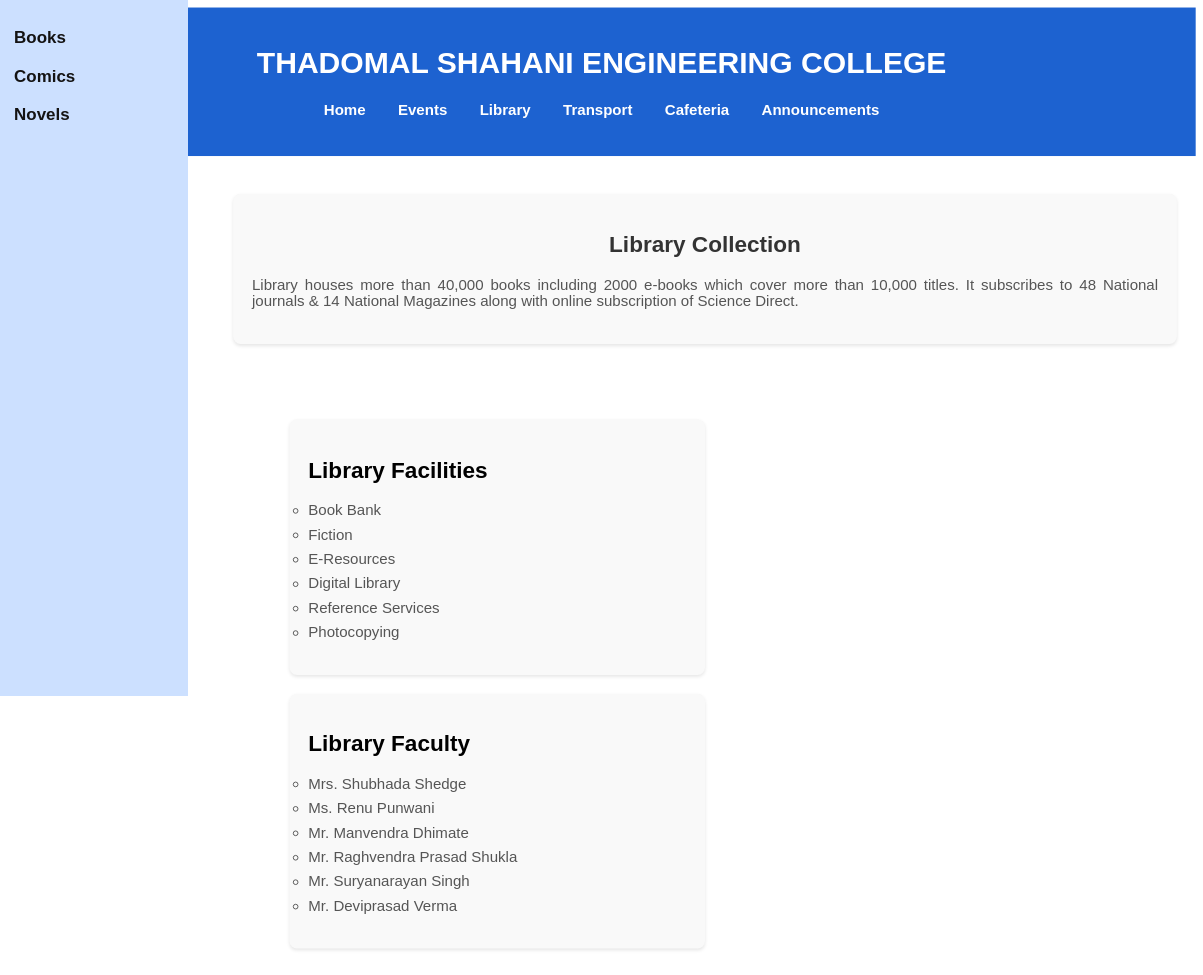
Repository: TejasS1233/MINITHON-hackathon-project
Page: Rishit.html
These files come from the project's save history. The page is drawn as it stood at one moment and after the next save; the edit follows.
The browser window is 1280 px wide. The pictures show the whole page, at 94% of full size.

Above is the page before, as saved 2024-09-20 14:28:25.

### Rishit.html
<!DOCTYPE html>
<html lang="en">
<head>
    <meta charset="UTF-8">
    <meta name="viewport" content="width=device-width, initial-scale=1.0">
    <title>E-Library</title>
    <style>
        h1
        {
            text-align: center;
        }
        header {
            background-color: #1d62d0;
            color: white;
            padding: 20px;
            text-align: center;
        }

        nav {
            margin: 20px 0;
        }

        nav a {
            margin: 0 15px;
            color: #ffffff;
            font-weight: bold;
            text-decoration: none;
        }
        .sidebar {
            height: 100%;
            width: 200px;
            position: fixed;
            top: 0;
            left: 0;
            background-color: #cce0ff;
            padding-top: 20px;
        }

        .sidebar a {
            padding: 10px 15px;
            text-decoration: none;
            font-size: 18px;
            color: #141313;
            display: block;
            font-weight: bold;
        }

        .sidebar a:hover {
            background-color: #306899;
        }

        .content {
            margin-left: 220px;
            padding: 20px;
        }

        h1.centered {
            text-align: center;
        }

        .info-container {
            background-color: #f9f9f9;
            padding: 20px;
            border-radius: 8px;
            box-shadow: 0 2px 4px rgba(0, 0, 0, 0.1);
            margin-top: 20px;
            margin-bottom: 60px;
        }

        .info-container h2 {
            text-align: center;
            color: #333;
        }

        .info-container p {
            text-align: justify;
            color: #555;
        }

        .facilities-container {
            background-color: #f9f9f9;
            padding: 20px;
            border-radius: 8px;
            box-shadow: 0 2px 4px rgba(0, 0, 0, 0.1);
            margin-top: 20px;
            width: 40%;
            display: inline-block;
            margin-left: 60px;
        }

        .facilities-container ul {
            list-style-type: none;
            padding: 0;
            color: #555;
        }

        .facilities-container li {
            margin: 8px 0;
            text-align: left;
        }
        :root
        {
            font-family: Arial, Helvetica, sans-serif;
        }
    </style>
</head>
<body>
    <header>
        <h1>THADOMAL SHAHANI ENGINEERING COLLEGE</h1>
        <nav>
            <a href="Home.html">Home</a>
            <a href="Event.html">Events</a>
            <a href="Rishit.html">Library</a>
            <a href="bustracking.html">Transport</a>
            <a href="cafe.html">Cafeteria</a>
            <a href="annoucementpage.html">Announcements</a>
        </nav>
    </header>

    <!-- Sidebar -->
    <div class="sidebar">
        <a href="book.html">Books</a>
        <a href="comics.html">Comics</a>
        <a href="novels.html">Novels</a>
    </div>

    <!-- Main content -->
    <div class="content">

        <!-- Info Container -->
        <div class="info-container">
            <h2>Library Collection</h2>
            <p>Library houses more than 40,000 books including 2000 e-books which cover more than 10,000 titles. It subscribes to 48 National journals & 14 National Magazines along with online subscription of Science Direct.</p>
        </div>

        <!-- Facilities Container -->
        <div class="facilities-container">
            <h2>Library Facilities</h2>
            <ul style="list-style: circle;">
                <li>Book Bank</li>
                <li>Fiction</li>
                <li>E-Resources</li>
                <li>Digital Library</li>
                <li>Reference Services</li>
                <li>Photocopying</li>
            </ul>
        </div>
        <div class="facilities-container">
            <h2>Library Faculty</h2>
            <ul style="list-style: circle;">
                <li>Mrs. Shubhada Shedge </li>
                <li>Ms. Renu Punwani </li>
                <li>Mr. Manvendra Dhimate </li>
                <li>Mr. Raghvendra Prasad Shukla </li>
                <li>Mr. Suryanarayan Singh </li>
                <li>Mr. Deviprasad Verma </li>
            </ul>
        </div>
    </div>
</body>
</html>

After the next save:
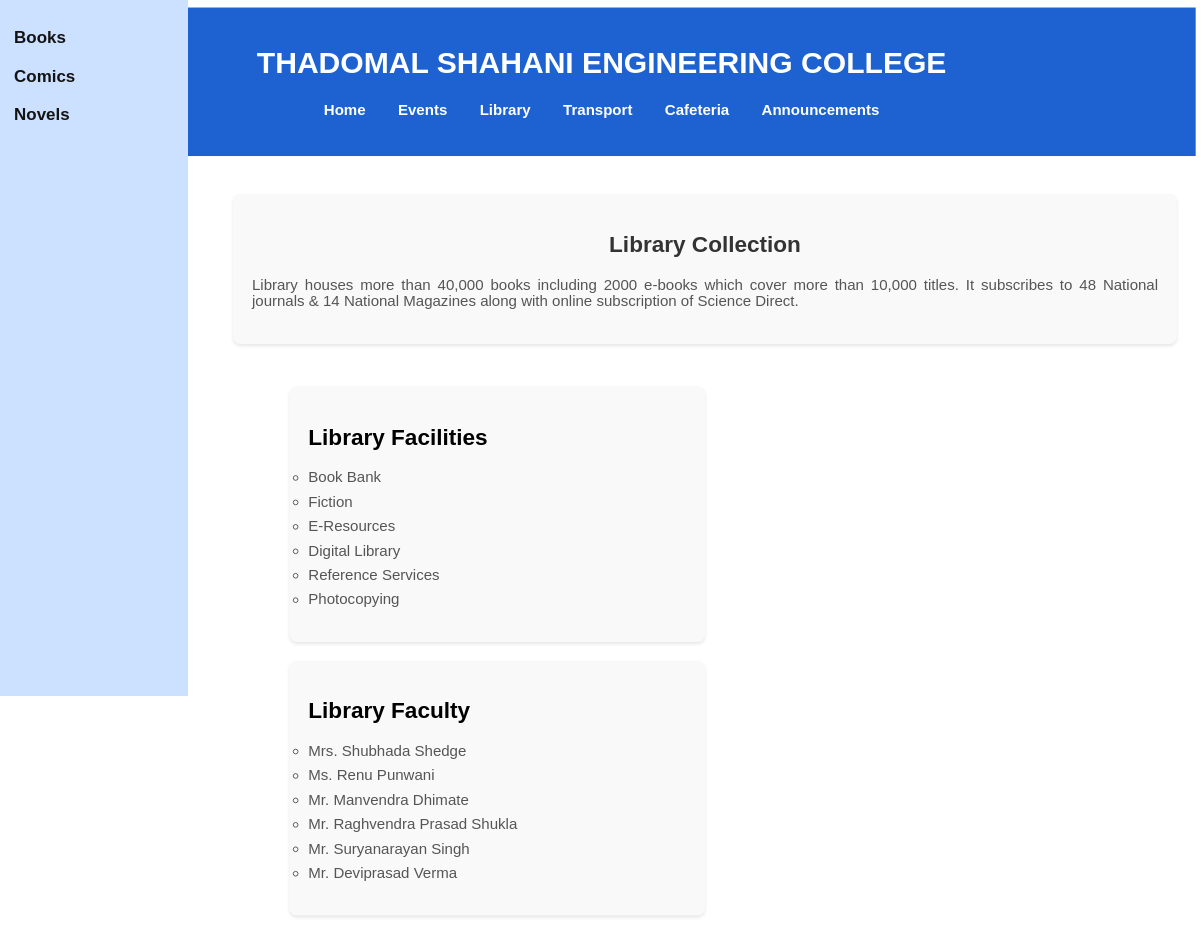
Saved 9 s later.
--- a/Rishit.html
+++ b/Rishit.html
@@ -64,7 +64,7 @@
             border-radius: 8px;
             box-shadow: 0 2px 4px rgba(0, 0, 0, 0.1);
             margin-top: 20px;
-            margin-bottom: 60px;
+            margin-bottom: 25px;
         }
 
         .info-container h2 {
